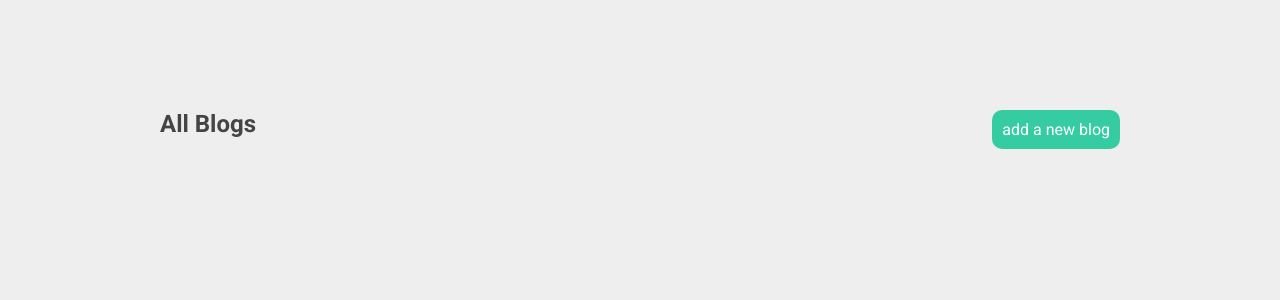
Repository: bilelsalemdev/json
Page: index.html
An editor plug-in stored every save of this project. The page is shown before and after the next save, followed by the edit.
The browser window is 1280 px wide. The pictures show the whole page.
The page's requests for data from a server got no answer.

Above is the page before, as saved 2022-07-23 11:01:42.

### index.html
<!DOCTYPE html>
<html lang="en">
<head>
    <meta charset="UTF-8">
    <meta http-equiv="X-UA-Compatible" content="IE=edge">
    <meta name="viewport" content="width=device-width, initial-scale=1.0">
    <link rel="stylesheet" href="styles.css">
    <title>main</title>
</head>
<body>
    <nav>
        <h1>All Blogs</h1>
        <a href="/create.html">add a new blog</a>
    </nav>
    <div class="blogs">

    </div>
    <script src="js/index.js"></script>
</body>
</html>

### styles.css
@import url("https://fonts.googleapis.com/css2?family=Roboto:wght@300;400;500;700&display=swap");

/* base styles */
body {
  background: #eee;
  font-family: "Roboto";
  color: #444;
  max-width: 960px;
  margin: 100px auto;
  padding: 10px;
}
nav {
  display: flex;
  justify-content: space-between;
}
nav h1 {
  margin: 0;
}
nav a {
  color: white;
  text-decoration: none;
  background: #36cca2;
  padding: 10px;
  border-radius: 10px;
}
nav a:hover {
  background-color: #21a17d;
}
form {
  max-width: 500px;
}
input,
textarea {
  display: block;
  margin: 16px 0;
  padding: 6px 10px;
  width: 100%;
  border: 1px solid #ddd;
  font-family: "Roboto";
}
textarea {
  min-height: 200px;
}

/* post list */
.post {
  padding: 16px;
  background: white;
  border-radius: 10px;
  margin: 20px 0;
}
.post h2 {
  margin: 0;
}
.post p {
  margin-top: 0;
}
.post a {
  color: #36cca2;
}
button {
  color: white;
  background-color: rgb(19, 179, 104);
  border: none;
  padding: 10px;
  border-radius: 5px;
  font-size: 25px;
}
button:hover {
  background-color: rgb(14, 136, 79);
  cursor: pointer;
}

### js/index.js
const container = document.querySelector('.blogs')
const renderPosts = async () => {
  let uri = "http://localhost:3000/posts?_sort=age";
  const res = await fetch(uri);
  const posts = await res.json();
  let template='';
  posts.forEach(post =>{
    template += `
    <div class="post">
    <h2>${post.title}</h2>
    <p><small>${post.age}</small> years old</p>
    <p>${post.body.slice(200)}</p>
    <a href="/details.html?id=${post.id}">read more ...</a>
    </div>
    `
  })
  container.innerHTML = template;
};
window.addEventListener("DOMContentLoaded", () => renderPosts());

After the next save:
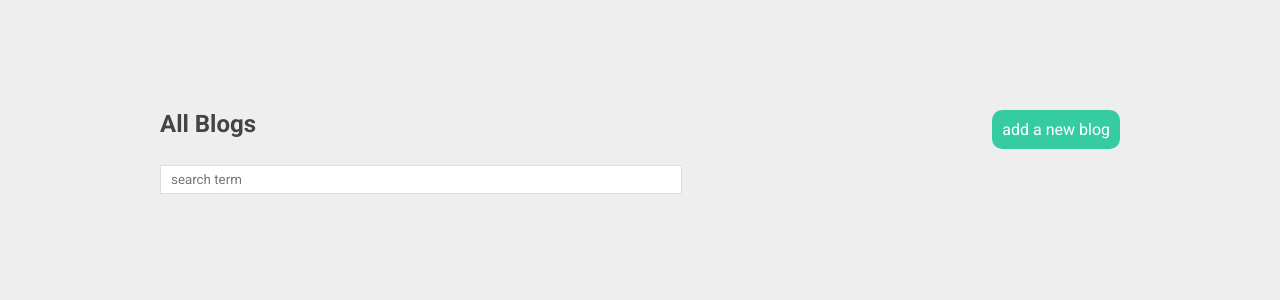
Saved 4 min 29 s later.
--- a/index.html
+++ b/index.html
@@ -12,6 +12,10 @@
         <h1>All Blogs</h1>
         <a href="/create.html">add a new blog</a>
     </nav>
+    <form class="search">
+        <input type="text" name="term" placeholder="search term">
+
+    </form>
     <div class="blogs">
 
     </div>
